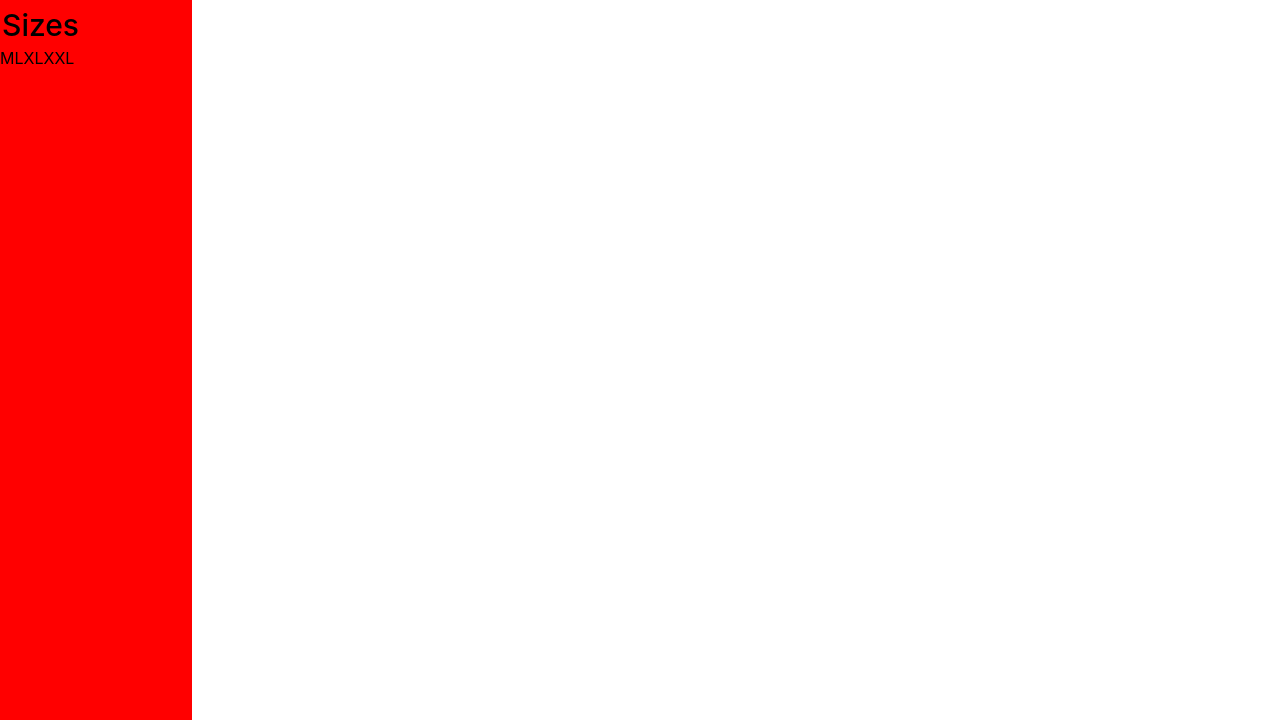
Repository: 0584386177/GiuaKyReactJs
Page: /
These files come from the project's save history. The page is drawn as it stood at one moment and after the next save; the edit follows.
The browser window is 1280 px wide. The pictures show the whole page.
The page's requests for data from a server got no answer. The project was rebuilt for these pictures with package versions that can differ from the ones it lists, and the page was loaded fresh each time. No one was signed in, and anything a server would have sent is missing.

Above is the page before, as saved 2023-10-16 14:44:59.

After the next save:
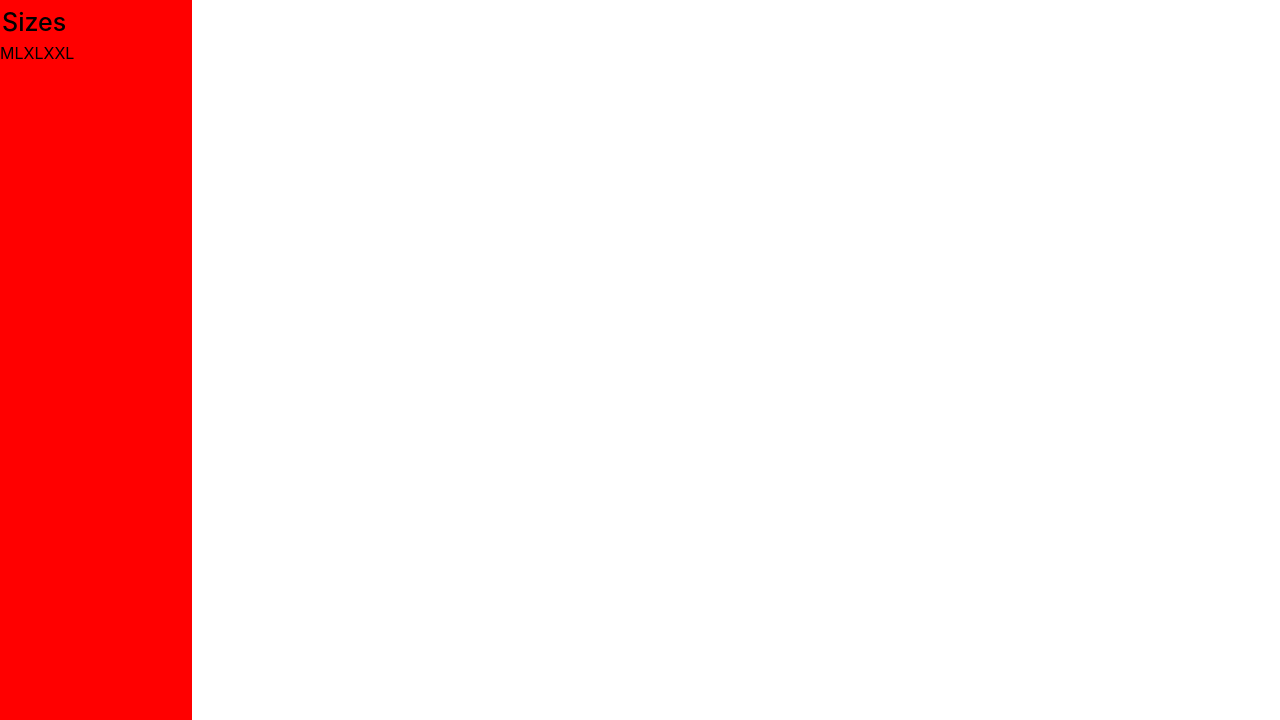
Saved 9 s later.
--- a/src/components/Sizes.jsx
+++ b/src/components/Sizes.jsx
@@ -7,7 +7,7 @@ import styled from 'styled-components';
 `
 const SizesTitle = styled.h3`
     font-weight: 500;
-    font-size: 30px;
+    font-size: 25px;
     padding: 10px 2px;
 `
 const Sizes = () => {
